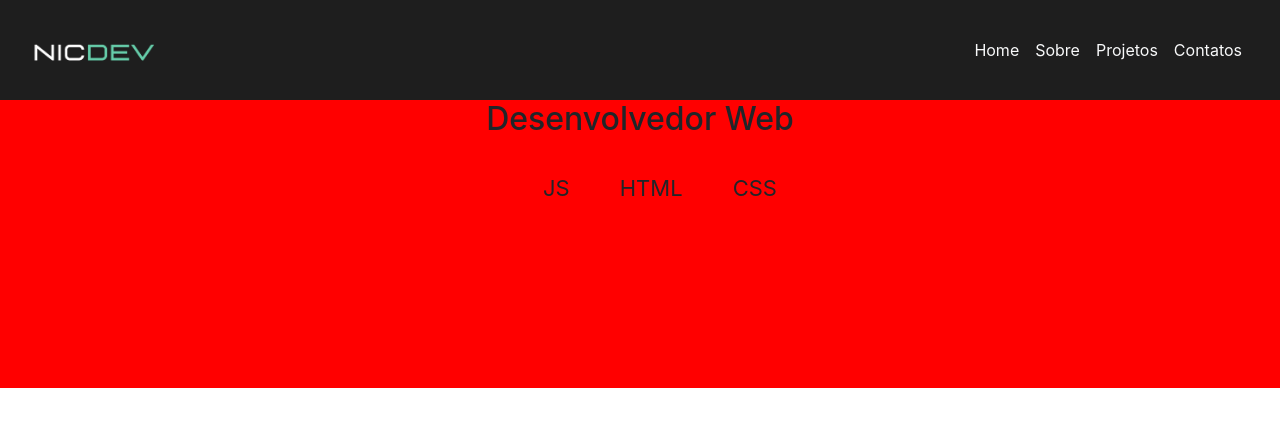
Repository: Leonngc/nicdev
Page: index.html
These files come from the project's save history. The page is drawn as it stood at one moment and after a run of saves; the edit follows.
The browser window is 1280 px wide. The pictures show the whole page.

Above is the page before, as saved 2023-04-12 23:23:47.

After the next 2 saves:
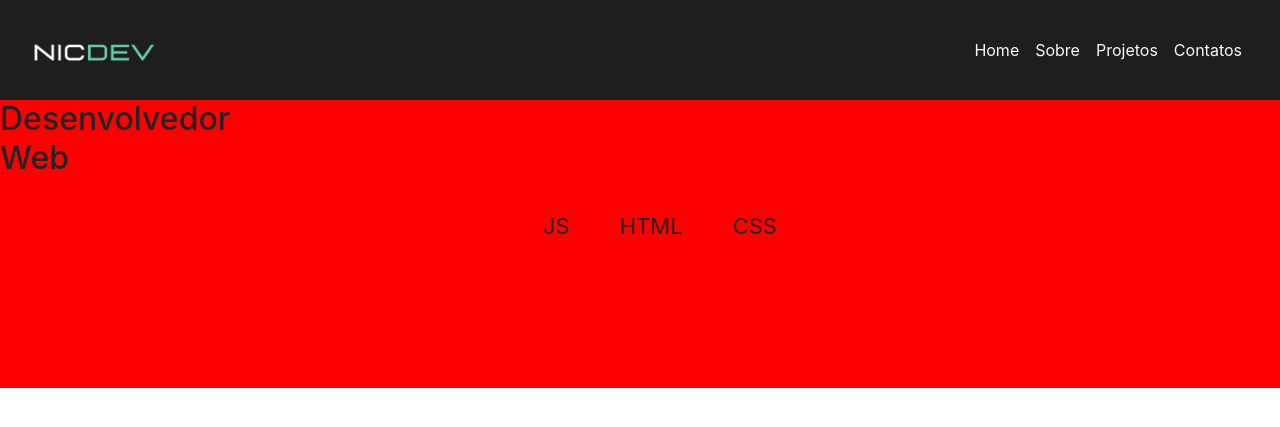
The 2 saves are shown as one change because they came seconds apart.
The last was saved 53 s later.
--- a/styles/gradiente.css
+++ b/styles/gradiente.css
@@ -9,7 +9,7 @@
 }
 
 .contain > h2{
-    text-align: center;
+    width: 20vw;
 }
 
 .contain > ul{
